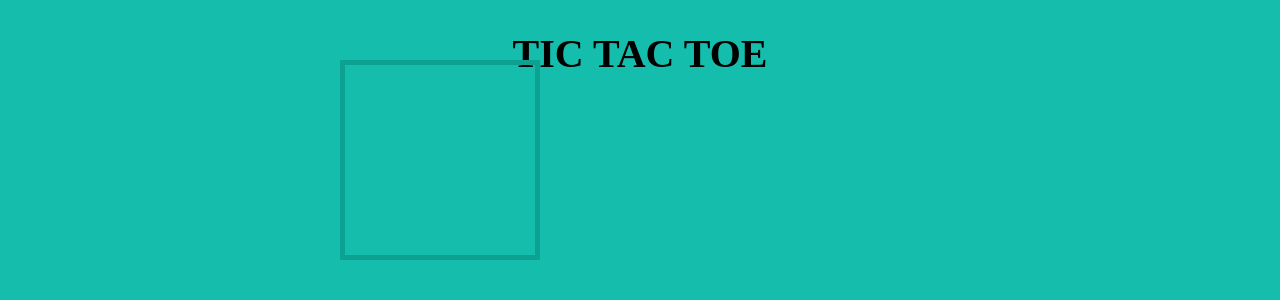
Repository: baumanmilosz/tictactoe
Page: index.html
An editor plug-in stored every save of this project. The page is shown before and after a run of saves, followed by the edit.
The browser window is 1280 px wide. The pictures show the whole page.

Above is the page before, as saved 2019-02-24 18:28:06.

After the next 2 saves:
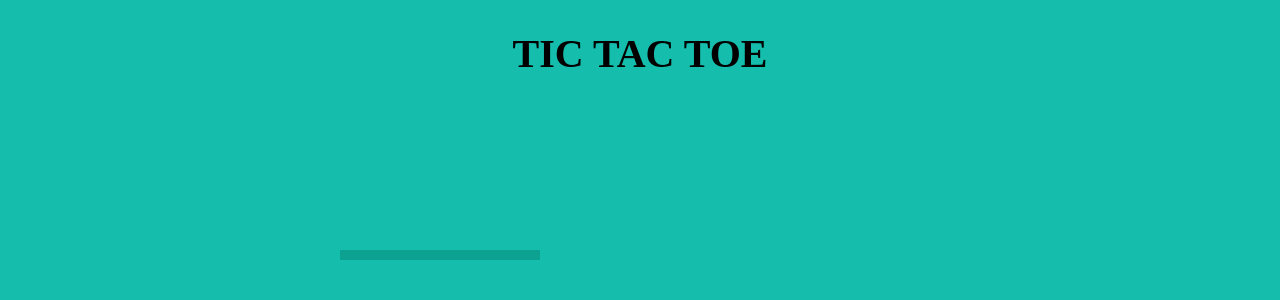
The 2 saves are shown as one change because they came seconds apart.
The last was saved 6 s later.
--- a/style.css
+++ b/style.css
@@ -56,7 +56,7 @@ body {
 }
 
 .box:nth-child(1) {
-border: 5px solid #0DA192;
+border-bottom: 10px solid #0DA192;
 }
 
 .box.circle::before, .box.cross::after {
